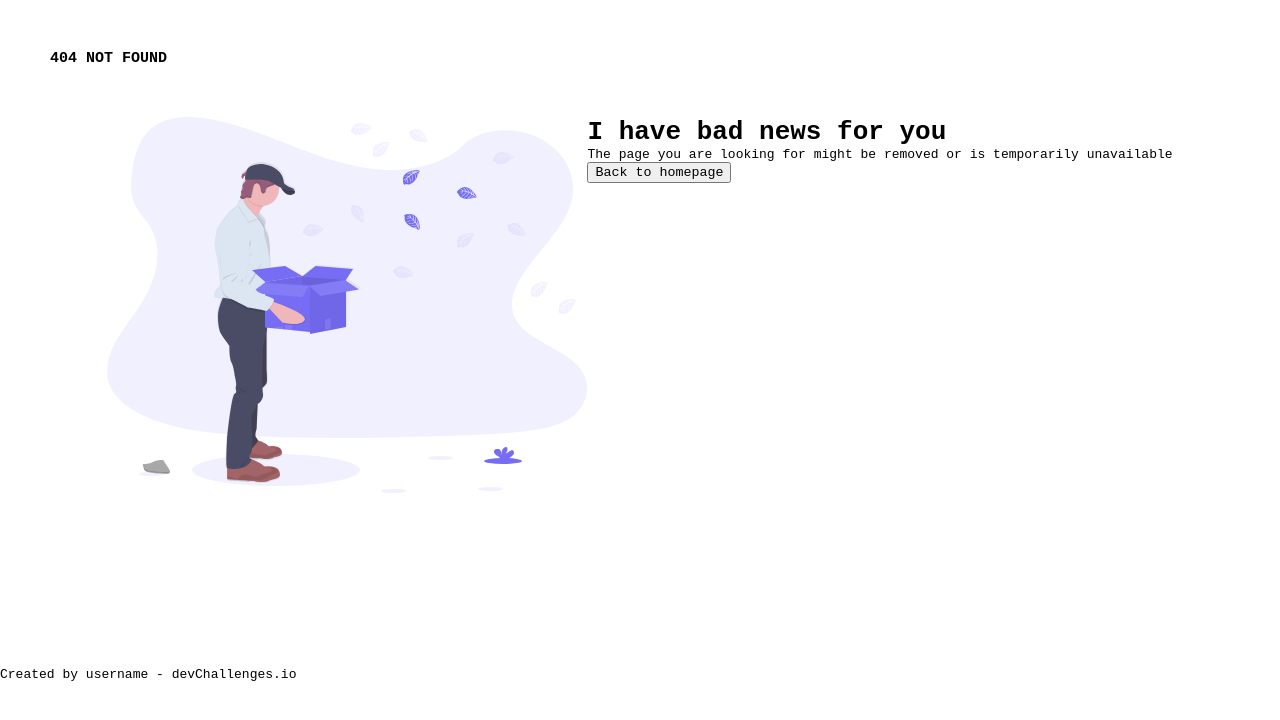
Repository: georgisenze/404-not-found-challeng
Page: index.html
An editor plug-in stored every save of this project. The page is shown before and after the next save, followed by the edit.
The browser window is 1280 px wide. The pictures show the whole page.

Above is the page before, as saved 2023-02-21 06:36:41.

### index.html
<!DOCTYPE html>
<html lang="en">
<head>
    <meta charset="UTF-8">
    <meta http-equiv="X-UA-Compatible" content="IE=edge">
    <meta name="viewport" content="width=device-width, initial-scale=1.0">
    <title>404 page not found</title>
    <link rel="stylesheet" href="assets/css/style.css">
    <link
      href="https://fonts.googleapis.com/css2?family=Poppins:wght@400;500&display=swap"
      rel="stylesheet"
    />
</head>
<body>
    <div class="main">
        <header>
            <p>404 not found</p>
        </header>

        <div class="container">
            <div class="row">
                <div class="col-6">
                    <img src="assets/img/404-illustration.svg" alt="">
                </div>
                <div class="col-6">
                    <div class="col-2">
                        <h1>I have bad news for  you</h1>
                    </div>
                    <div class="col-2">
                        <p>The page you are looking for might be removed or is temporarily unavailable</p>
                    </div>
                    <div class="col-2">
                        <button>Back to homepage</button>
                    </div>
                </div>
            </div>
        </div>


        <footer>
            <p>Created by <span>username</span> - devChallenges.io </p>
        </footer>
    </div>
</body>
</html>

### assets/css/style.css
*{
    margin: 0;
    font-family: monospace;
}

.main {
    min-width: 100%;
    height: 100%;
}

header p {
    text-transform: uppercase;
    font-weight: bold;
    font-size: 15px;
    padding: 50px;
}

.container{
    display: flex;
    justify-content: center;
}

.row{
    display: flex;
    justify-content: space-around;
    height: 550px;
}

After the next save:
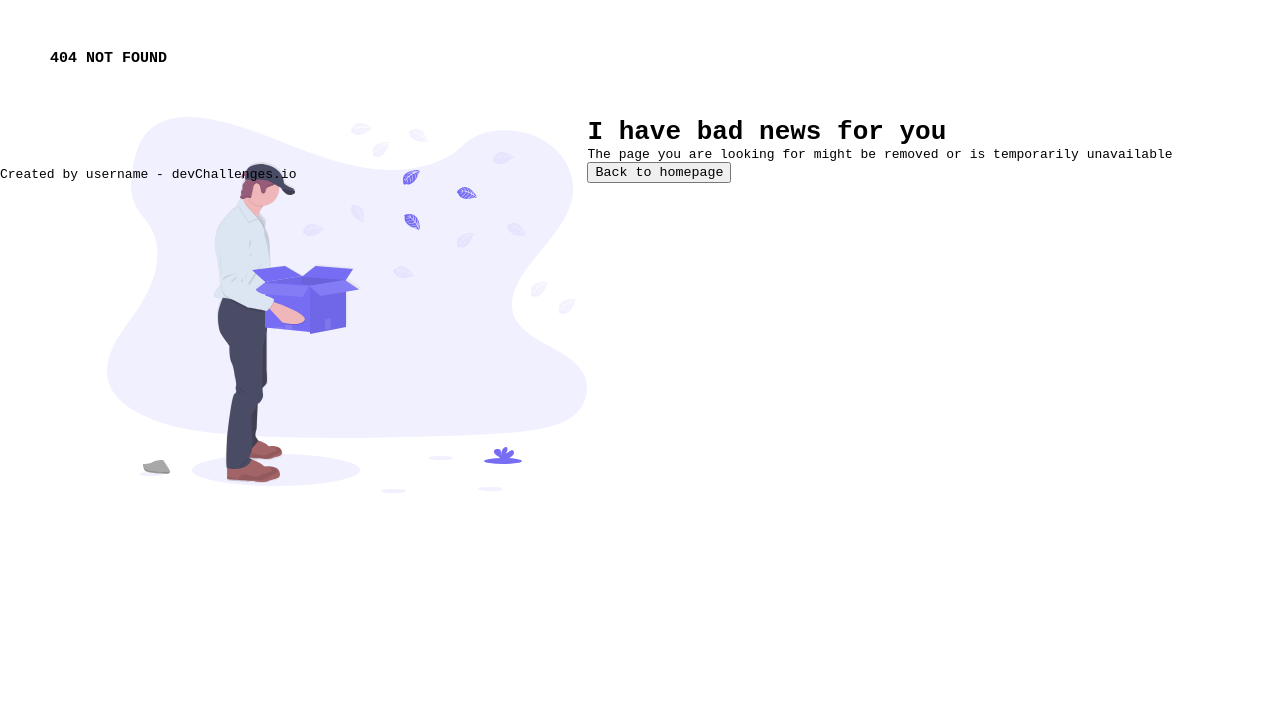
Saved 7 s later.
--- a/assets/css/style.css
+++ b/assets/css/style.css
@@ -23,5 +23,5 @@ header p {
 .row{
     display: flex;
     justify-content: space-around;
-    height: 550px;
+    height: 50px;
 }
